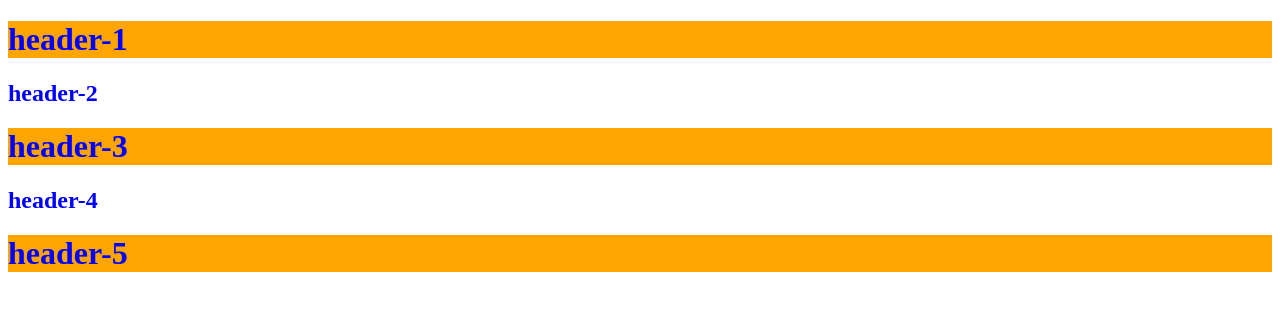
Repository: KYJIN1024/kic_jquery
Page: http://localhost/JQueryEx01/jquery29.jsp
An editor plug-in stored every save of this project. The page is shown before and after the next save, followed by the edit.
The browser window is 1280 px wide. The pictures show the whole page.
The page is served by Tomcat 9.

Above is the page before, as saved 2023-05-16 01:18:10.

After the next save:
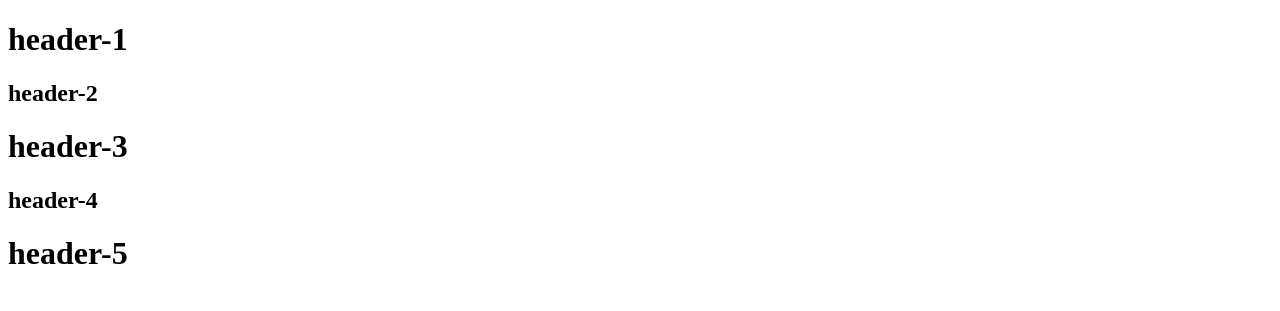
Saved 62 s later.
--- a/JQueryEx01/src/main/webapp/jquery29.jsp
+++ b/JQueryEx01/src/main/webapp/jquery29.jsp
@@ -9,11 +9,8 @@
 <script src="https://ajax.googleapis.com/ajax/libs/jquery/3.6.4/jquery.min.js"></script>
 <script>
 	$( document ).ready( function() {
+		console.log( $(document).find('h2'));
 
-		$( 'h1' ).css('background-color','orange');
-		$( 'h1, h2' ).css( 'color' , 'red' );
-
-		$( 'h1' ).css('background-color','oragne').add('h2').css( 'color','blue')
 
 	});
 
